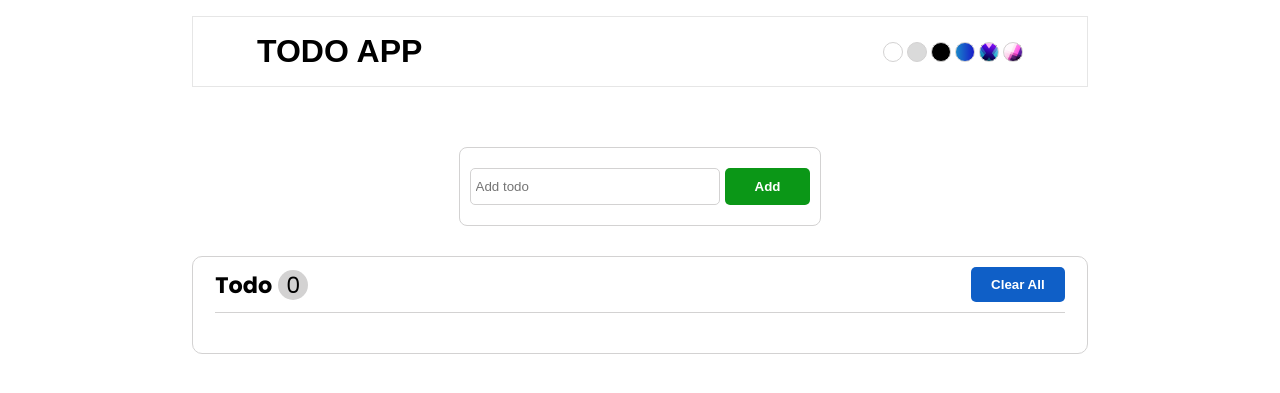
Repository: michalmilek/TodoApp
Page: /
An editor plug-in stored every save of this project. The page is shown before and after the next save, followed by the edit.
The browser window is 1280 px wide. The pictures show the whole page.
Some web fonts or font styles are not loaded; a fallback is used. The project was rebuilt for these pictures with package versions that can differ from the ones it lists, and the page was loaded fresh each time. Also part of the build but not shown: vite.config.js.

Above is the page before, as saved 2023-02-01 14:50:58.

### src/App.jsx
import { useState } from "react";
import "./App.css";
import AddTodo from "./components/AddTodo";
import Header from "./components/Header";
import ShowTodo from "./components/ShowTodo";

function App() {
  const [todolist, setTodolist] = useState([]);
  const [todo, setTodo] = useState({});
  return (
    <div className="App">
      <Header />
      <AddTodo
        todolist={todolist}
        setTodolist={setTodolist}
        todo={todo}
        setTodo={todo}
      />
      <ShowTodo
        todolist={todolist}
        setTodolist={setTodolist}
        todo={todo}
        setTodo={todo}
      />
    </div>
  );
}

export default App;

### src/index.css
@import url(https://fonts.googleapis.com/css?family=Poppins:100,100italic,200,200italic,300,300italic,regular,italic,500,500italic,600,600italic,700,700italic,800,800italic,900,900italic);
@import url(https://fonts.googleapis.com/css?family=Texturina:100,200,300,regular,500,600,700,800,900,100italic,200italic,300italic,italic,500italic,600italic,700italic,800italic,900italic);

*{
  box-sizing: border-box;
  margin: 0;
  padding: 0;
}

body{
  display: flex;
  flex-direction: column;
  align-items: center;
  justify-content: center;
  font-family: 'Poppins', sans-serif;
}

### src/App.css
header{
  display: flex;
  justify-content: space-between;
  align-items: center;
  width: 70vw;
  margin-top: 1rem;
  padding: 1rem 4rem;
  border: 1px solid rgb(230, 230, 230);
}

  .logo{
    font-family: 'Texturina', sans-serif;
  }

  .themeSelector{
    display: flex;
    gap: 4px;
  }

  .light{
  height: 20px;
  width: 20px;
  background-color: rgb(255, 255, 255);
  border: 1px solid rgb(211, 210, 210);;
  border-radius: 50%;
  display: inline-block;
  }

  .medium{
      height: 20px;
  width: 20px;
  background-color: rgb(218, 218, 218);
  border: 1px solid rgb(211, 210, 210);;
  border-radius: 50%;
  display: inline-block;
  }

  .dark{

      height: 20px;
  width: 20px;
  background-color: rgb(0, 0, 0);
  border: 1px solid rgb(211, 210, 210);
  border-radius: 50%;
  display: inline-block;
  }

  .g1{
    height: 20px;
  width: 20px;
  background: linear-gradient(90deg, #1888c9, #181bc9);;
  border: 1px solid rgb(211, 210, 210);
  border-radius: 50%;
  display: inline-block;
  }

  .g2{
    background: linear-gradient(235deg, #FFFFFF 0%, #000F25 100%), linear-gradient(180deg, #6100FF 0%, #000000 100%), linear-gradient(235deg, #FFA3AC 0%, #FFA3AC 40%, #00043C calc(40% + 1px), #00043C 60%, #005D6C calc(60% + 1px), #005D6C 70%, #00C9B1 calc(70% + 1px), #00C9B1 100%), linear-gradient(125deg, #FFA3AC 0%, #FFA3AC 40%, #00043C calc(40% + 1px), #00043C 60%, #005D6C calc(60% + 1px), #005D6C 70%, #00C9B1 calc(70% + 1px), #00C9B1 100%);
  background-blend-mode: soft-light, screen, darken, normal;
height: 20px;
  width: 20px;
  border: 1px solid rgb(211, 210, 210);
  border-radius: 50%;
  display: inline-block;
}

.g3{
  background: linear-gradient(125deg, #FFFFFF 0%, #000000 100%), linear-gradient(200deg, #FFD9E8 0%, #FFD9E8 50%, #DE95BA calc(50% + 1px), #DE95BA 60%, #7F4A88 calc(60% + 1px), #7F4A88 75%, #4A266A calc(75% + 1px), #4A266A 100%), linear-gradient(113deg, #FFD9E8 0%, #FFD9E8 40%, #DE95BA calc(40% + 1px), #DE95BA 50%, #7F4A88 calc(50% + 1px), #7F4A88 70%, #4A266A calc(70% + 1px), #4A266A 100%);
  background-blend-mode: overlay, overlay, normal;
  height: 20px;
  width: 20px;
  border: 1px solid rgb(211, 210, 210);
  border-radius: 50%;
  display: inline-block;
}


.addTodo {
  margin-top: 60px;
  display: flex;
  justify-content: center;
  align-items: center;
}

.addTodo form{
  padding: 20px 10px;
  background: rgb(255, 255, 255);
  border: 1px solid rgb(211, 210, 210);
  display: flex;
  gap: 5px;
  border-radius: 8px;
}

.addTodo form input{
  padding: 10px 5px;
  max-width: 350px;
  min-width: 250px;
  border: 1px solid rgb(211, 210, 210);
  outline: none;
  border-radius: 5px;
}

.addTodo form button{
  background: rgb(11, 151, 23);
  border: none;
  padding: 0 30px;
  border-radius: 5px;
  color: #fff;
  font-weight: bold;
  cursor: pointer;
}



.showTodo{
  margin-top: 30px;
  display: flex;
  flex-direction: column;
  justify-content: center;
  align-items: center;
  border-radius: 10px;
  border: 1px solid rgb(211, 210, 210);
}

.head{
  display: flex;
  width: 95%;
  padding: 10px 0px;
  justify-content: space-between;
  border-bottom: 1px solid rgb(211, 210, 210);
}

.head_Todo{
  display: flex;
  gap: 6px;
  justify-content: center;
  align-items: center;
}


.title{
  font-weight: bold;
  font-size: 1.4rem;
}

.count{
  display: flex;
  justify-content: center;
  align-items: center;
  border-radius: 50%;
  height: 30px;
  width: 30px;
  font-size: 1.4rem;
  background: rgb(211, 210, 210);
}

.clearAll{
    background: rgb(15, 95, 199);
  border: none;
  padding: 10px 20px;
  border-radius: 5px;
  color: #fff;
  font-weight: bold;
  cursor: pointer;
}

ul{
  padding: 20px 0;
  display: flex;
  width: 90%;
  list-style-type: none;
  justify-items: start;
  gap: 20px;
}

ul li{
  display: flex;
  gap: 35px;
  padding: 10px 10px;
  border-radius: 4px;
  border: 1px solid rgb(211, 210, 210);
  border-left: 5px solid rgb(15, 95, 199);
}

ul li p{
  display: flex;
  gap: 10px;
  flex-direction: column;
}

ul li p .titleTodo{
  font-weight: bold;
  font-size: 1.3rem;

}

ul li p .timeTodo{
  font-style: italic;
  color: rgb(131, 131, 131);

}


.icons svg{
height: 24px;
width: 24px;
}

.icons .pen{
  color: rgb(0, 81, 255);
}

.icons .trash{
  color: red;
}

### src/components/AddTodo.jsx
import React from "react";

const AddTodo = ({ todolist, setTodolist, todo, setTodo }) => {
  const handleSubmit = (e) => {
    e.preventDefault();
    console.log(e.target.todo.value);
    const date = new Date();
    const newTask = {
      id: date.getTime(),
      name: e.target.todo.value,
      time: `${date.toLocaleTimeString()} ${date.toLocaleDateString()}`,
    };
    setTodolist([...todolist, newTask]);
  };
  return (
    <section className="addTodo">
      <form onSubmit={handleSubmit}>
        <input
          type="text"
          name="todo"
          autoComplete="off"
          placeholder="Add todo"
          maxLength="25"
        />
        <button type="submit">Add</button>
      </form>
    </section>
  );
};

export default AddTodo;

### src/components/Header.jsx
import React from "react";

const Header = () => {
  return (
    <header>
      <div className="logo">
        <h1>TODO APP</h1>
      </div>
      <div className="themeSelector">
        <span className="light"></span>
        <span className="medium"></span>
        <span className="dark"></span>
        <span className="g1"></span>
        <span className="g2"></span>
        <span className="g3"></span>
      </div>
    </header>
  );
};

export default Header;

### src/components/ShowTodo.jsx
import React from "react";
import { Icon } from "@iconify/react";

const ShowTodo = ({ todolist, setTodolist, todo, setTodo }) => {
  const todos = [
    { id: 10001, name: "Task A", time: "2:09:01 AM 9/14/2030" },
    { id: 10002, name: "Task A", time: "2:09:01 AM 9/14/2030" },
    { id: 10003, name: "Task A", time: "2:09:01 AM 9/14/2030" },
  ];

  const handleEdit = (id) => {
    const selectedTodo = todolist.find((item) => item.id === id);
    setTodo({});
  };

  const handleDelete = (id) => {
    const updatedTodoList = todolist.filter((item) => item.id !== id);
    setTodolist(updatedTodoList);
  };
  return (
    <div className="showTodo">
      <div className="head">
        <div className="head_Todo">
          <span className="title">Todo</span>
          <span className="count">{todolist.length}</span>
        </div>
        <button
          onClick={() => setTodolist([])}
          className="clearAll">
          Clear All
        </button>
      </div>
      <ul>
        {todolist.map((todo) => (
          <li key={todo.id}>
            <p>
              <span className="titleTodo">{todo.name}</span>
              <span className="timeTodo">{todo.time}</span>
            </p>
            <div className="icons">
              <Icon
                onClick={() => handleEdit(todo.id)}
                className="pen"
                icon="material-symbols:edit"
              />
              <Icon
                onClick={() => handleDelete(todo.id)}
                className="trash"
                icon="mdi:trash"
              />
            </div>
          </li>
        ))}
      </ul>
    </div>
  );
};

export default ShowTodo;

Loaded but not shown: index.html (common file); src/main.jsx (common file)

After the next save:
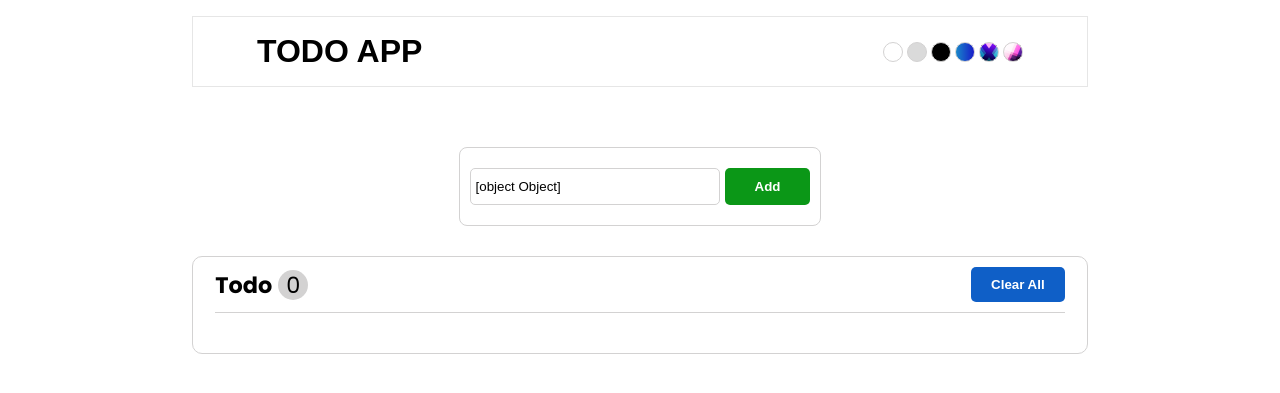
Saved 16 s later.
--- a/src/components/AddTodo.jsx
+++ b/src/components/AddTodo.jsx
@@ -18,6 +18,7 @@
         <input
           type="text"
           name="todo"
+          value={todo}
           autoComplete="off"
           placeholder="Add todo"
           maxLength="25"

After the save that followed:
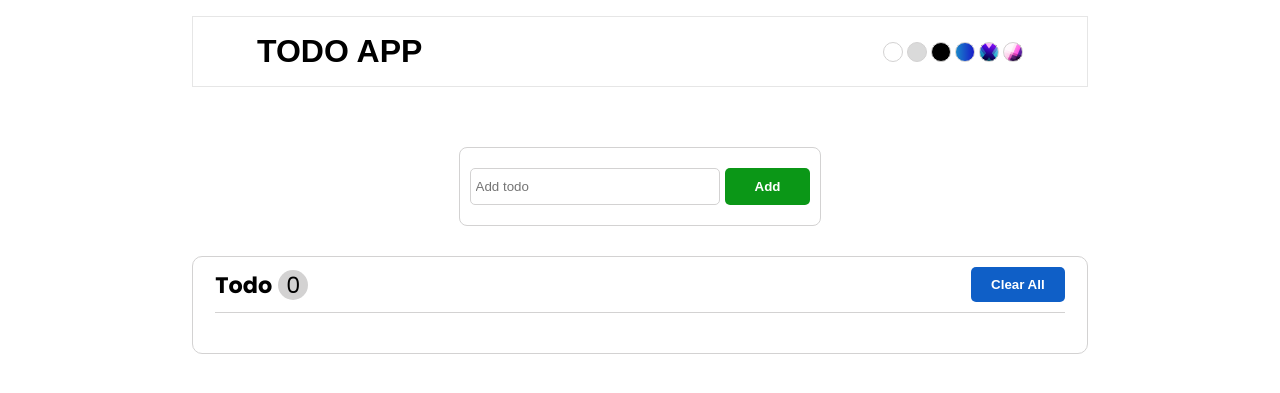
Saved 7 s later.
--- a/src/components/AddTodo.jsx
+++ b/src/components/AddTodo.jsx
@@ -18,7 +18,7 @@
         <input
           type="text"
           name="todo"
-          value={todo}
+          value={todo.name}
           autoComplete="off"
           placeholder="Add todo"
           maxLength="25"
